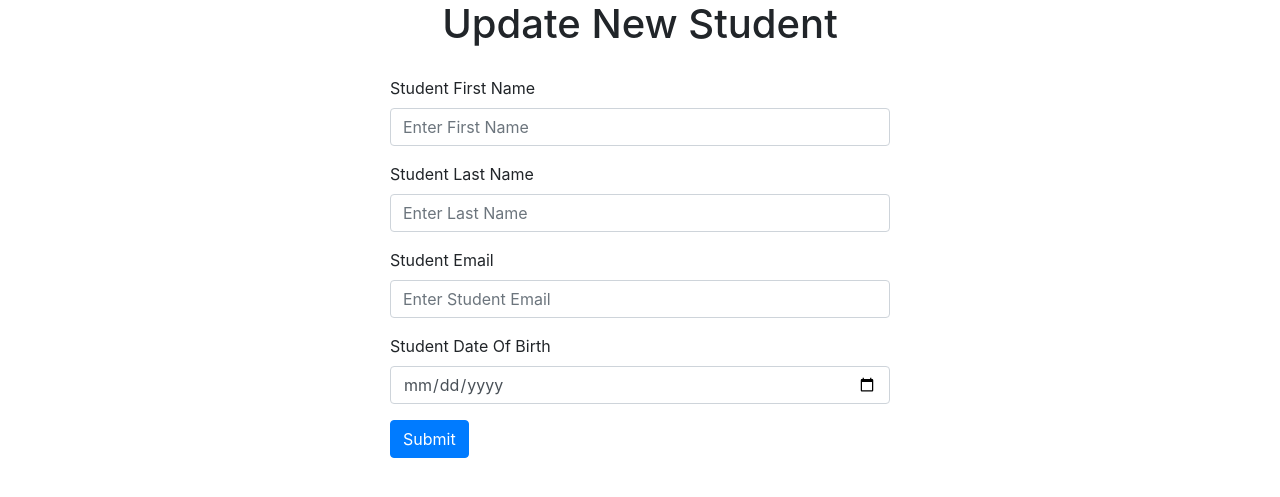
Repository: Frawatson/sms
Page: http://localhost/edit_student
The author's editor kept a copy of each file at every save. The page is drawn from the files as they stood at one save, then again after the next save.
The browser window is 1280 px wide. The pictures show the whole page.
The page is this project's Thymeleaf template; nobody is signed in. The template is opened directly, without the code that normally fills it, so the values that code supplies are empty.

Above is the page before, as saved 2023-06-29 21:22:32.

### corp/src/main/resources/templates/edit_student.html
<!DOCTYPE html>
<html xmlns:th="http://www.thymeleaf.org">
<head>
<meta charset="ISO-8859-1">
<title>Student Management Systems</title>
<link rel="stylesheet"
	href="https://cdn.jsdelivr.net/npm/bootstrap@4.4.1/dist/css/bootstrap.min.css"
	integrity="sha384-Vkoo8x4CGsO3+Hhxv8T/Q5PaXtkKtu6ug5TOeNV6gBiFeWPGFN9MuhOf23Q9Ifjh"
	crossorigin="anonymous">
</head>
<body>
	<div class="container">
		<div class="row">
			<div class="col-lg-6 col-md-6 col-sm-6 container justify-content-center cards">
				<h1 class="text-center">Update New Student</h1>
				<div class="card-body">
					<form th:action="@{/students/edit/{id}(id=${student.id})}" th:object = "${students}" method="post">
						<div class="form-group">
							<label>Student First Name</label>
							<input
							type="text"
							name="firstname"
							th:field = "*{firstname}"
							class="form-control"
							placeholder="Enter First Name"
							/>
						</div>

						<div class="form-group">
							<label>Student Last Name</label>
							<input
							type="text"
							name="lastname"
							th:field = "*{lastname}"
							class="form-control"
							placeholder="Enter Last Name"
							/>
						</div>

						<div class="form-group">
							<label>Student Email</label>
							<input
							type="email"
							name="email"
							th:field = "*{email}"
							class="form-control"
							placeholder="Enter Student Email"
							/>
						</div>

						<div class="form-group">
							<label>Student Date Of Birth</label>
							<input
							type="date"
							name="DOB"
							th:field = "*{DOB}"
							class="form-control"
							placeholder="Enter DOB"
							/>
						</div>
						<div class="box-footer">
							<button type="submit" class="btn btn-primary">
								Submit
							</button>
						</div>
					</form>
				</div>
			</div>
		</div>
	</div>
</body>
</html>

After the next save:
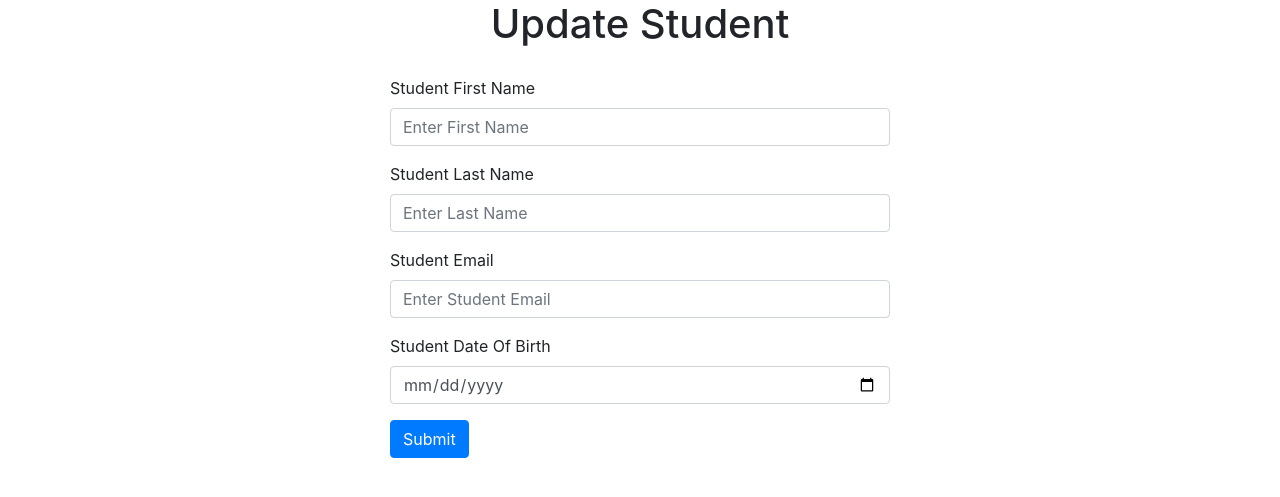
Saved 43 s later.
--- a/corp/src/main/resources/templates/edit_student.html
+++ b/corp/src/main/resources/templates/edit_student.html
@@ -12,7 +12,7 @@
 	<div class="container">
 		<div class="row">
 			<div class="col-lg-6 col-md-6 col-sm-6 container justify-content-center cards">
-				<h1 class="text-center">Update New Student</h1>
+				<h1 class="text-center">Update Student</h1>
 				<div class="card-body">
 					<form th:action="@{/students/edit/{id}(id=${student.id})}" th:object = "${students}" method="post">
 						<div class="form-group">
